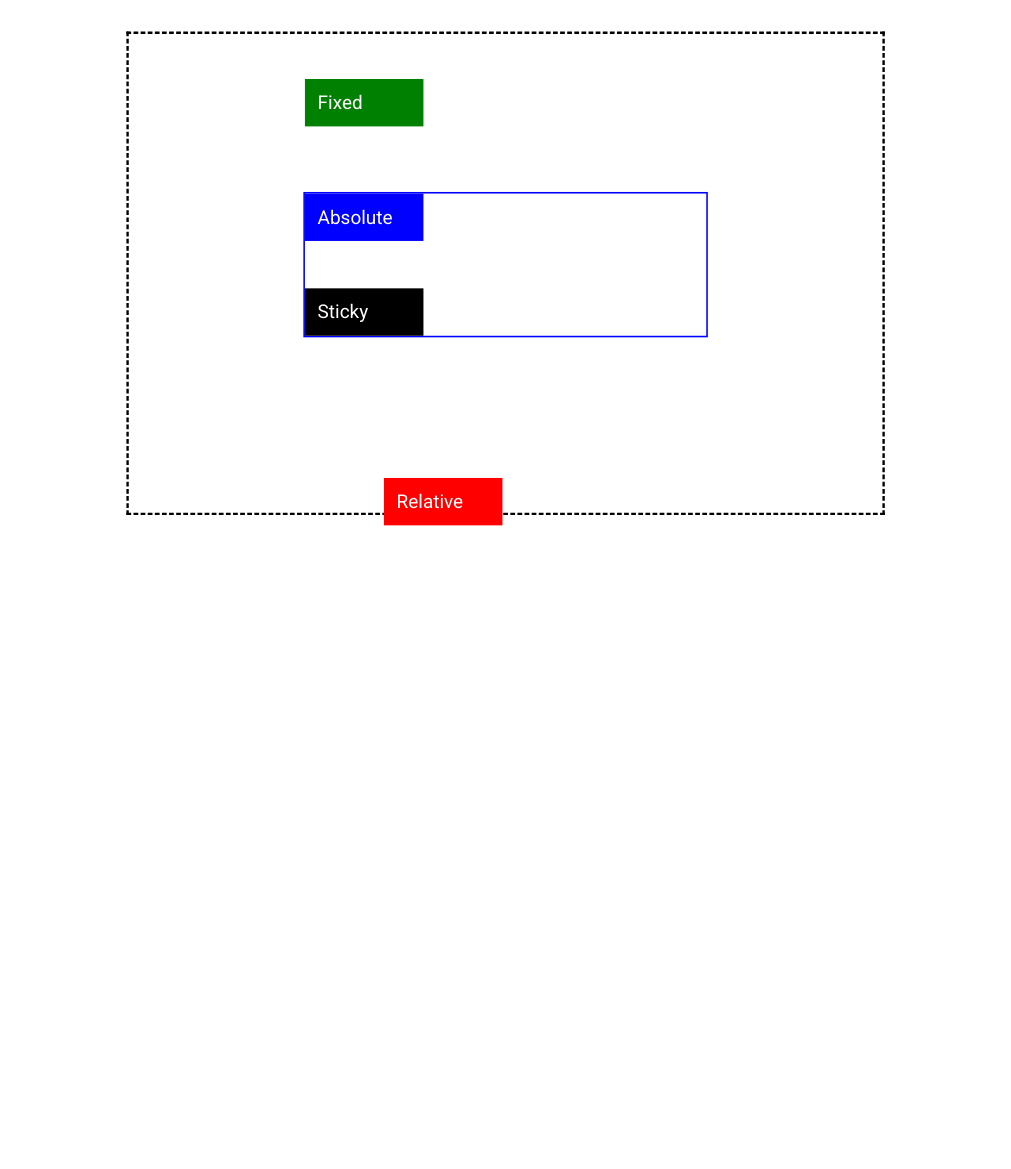
Repository: JavaProgrammerFromEastEurope/project-css-full-tutorial
Page: 13_lesson_starter/index.html
An editor plug-in stored every save of this project. The page is shown before and after a run of saves, followed by the edit.
The browser window is 1280 px wide. The pictures show the whole page, at 79% of full size.

Above is the page before, as saved 2023-04-07 11:32:05.

### 13_lesson_starter/index.html
<!DOCTYPE html>
<html lang="en">

<head>
    <meta charset="UTF-8">
    <meta http-equiv="X-UA-Compatible" content="IE=edge">
    <meta name="viewport" content="width=device-width, initial-scale=1.0">
    <title>CSS Position</title>
    <link rel="stylesheet" href="css/style.css">
</head>

<body>
    <div class="outer-container">
        <div class="inner-container">
            <div class="box absolute">
                <p>Absolute</p>
            </div>
            <div class="box relative">
                <p>Relative</p>
            </div>
            <div class="box fixed">
                <p>Fixed</p>
            </div>
            <div class="box sticky">
                <p>Sticky</p>
            </div>
        </div>
    </div>
    <!-- <button class="social">🚀</button>
    <section id="one">
        <header class="blue">Header One</header>
        <h2>One</h2>
    </section>
    <section id="two">
        <header class="red">Header Two</header>
        <h2>Two</h2>
    </section>
    <section id="three">
        <header class="green">Header Three</header>
        <h2>Three</h2>
    </section>
    <footer>
        <a href="#one">One</a> |
        <a href="#two">Two</a> |
        <a href="#three">Three</a>
    </footer> -->
</body>

</html>

### 13_lesson_starter/css/style.css
@import url('https://fonts.googleapis.com/css2?family=Roboto&family=Lobster&display=swap');

* {
  margin: 0;
  padding: 0;
  box-sizing: border-box;
}

body {
  font-family: 'Roboto', sans-serif;
  font-size: 1.5rem;
  min-height: 200vh;
}

.outer-container {
  border: 3px dashed #000;
  width: 75vw;
  height: 85vh;
  margin: 40px auto;
}

.inner-container {
  border: 2px solid #00f;
  width: 40vw;
  heigth: 50vh;
  margin: 200px auto;
}

.box {
  width: 150px;
  heigth: 150px;
  color: #fff;
  padding: 1rem;
}

.absolute {
	background-color: #00f;
	positionL absolute;
	top: 0;
	left: 0;
	z-index: 1;
}

.relative {
	background-color: #f00;
	position: relative;
	top: 300px;
	left: 100px;
}

.fixed {
	background-color: green;
	position: fixed;
	top: 100px;
}

.sticky {
	background-color: #000;
	position: sticky;
	top:0;
}

/*  Remember, how to make things disappear! */

/*//////////////////////////*/

html {scroll-behavior: smooth; }

section {
	height: 100vh;
}

.blue { background-color: #00f; }
.red { background-color: #f00; }
.green { background-color: green; }

header, footer {
	color: #fff;
	text-align: center;
	height: 100px;
}

header {
	position: sticky;
	top: 0;
	font-size: 5rem;
}

footer {
	background-color: #000;
	position: sticky;
	bottom: 0;
	font-size: 3rem;
}

a: visited {
	color: #fff;
}

.social {
	background-color: royalblue;
	color: #fff;
	font-size: inherit;
	padding: 1rem;
	position: fixed;
	top: 30%;
	left: 0;
	z-index: 1;
}

After the next 3 saves:
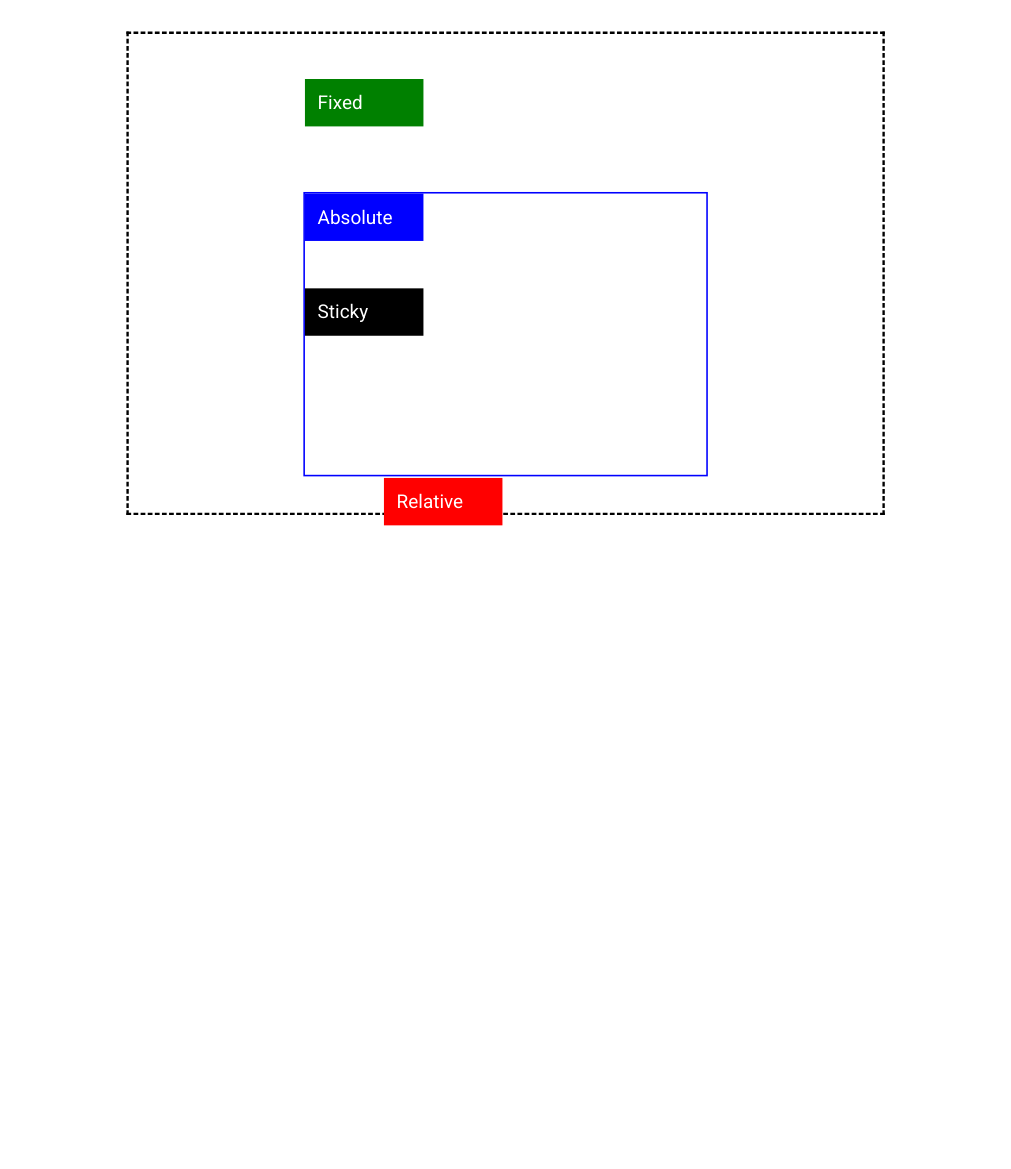
The 3 saves are shown as one change because they came seconds apart.
The last was saved 93 s later.
--- a/13_lesson_starter/css/style.css
+++ b/13_lesson_starter/css/style.css
@@ -22,7 +22,7 @@
 .inner-container {
   border: 2px solid #00f;
   width: 40vw;
-  heigth: 50vh;
+  height: 50vh;
   margin: 200px auto;
 }
 

After the save that followed:
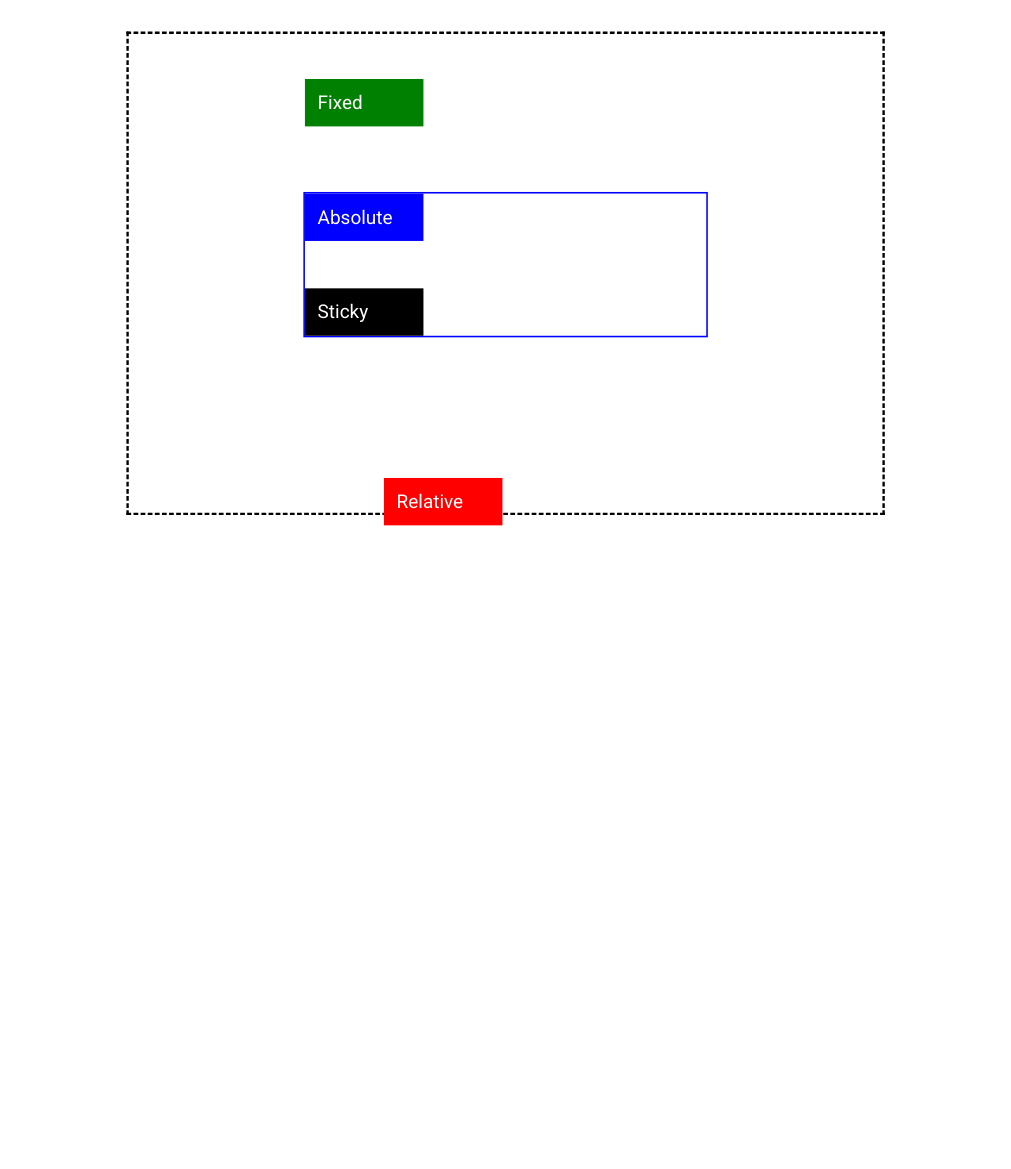
Saved 21 s later.
--- a/13_lesson_starter/css/style.css
+++ b/13_lesson_starter/css/style.css
@@ -22,7 +22,7 @@
 .inner-container {
   border: 2px solid #00f;
   width: 40vw;
-  height: 50vh;
+  heigth: 50vh;
   margin: 200px auto;
 }
 
